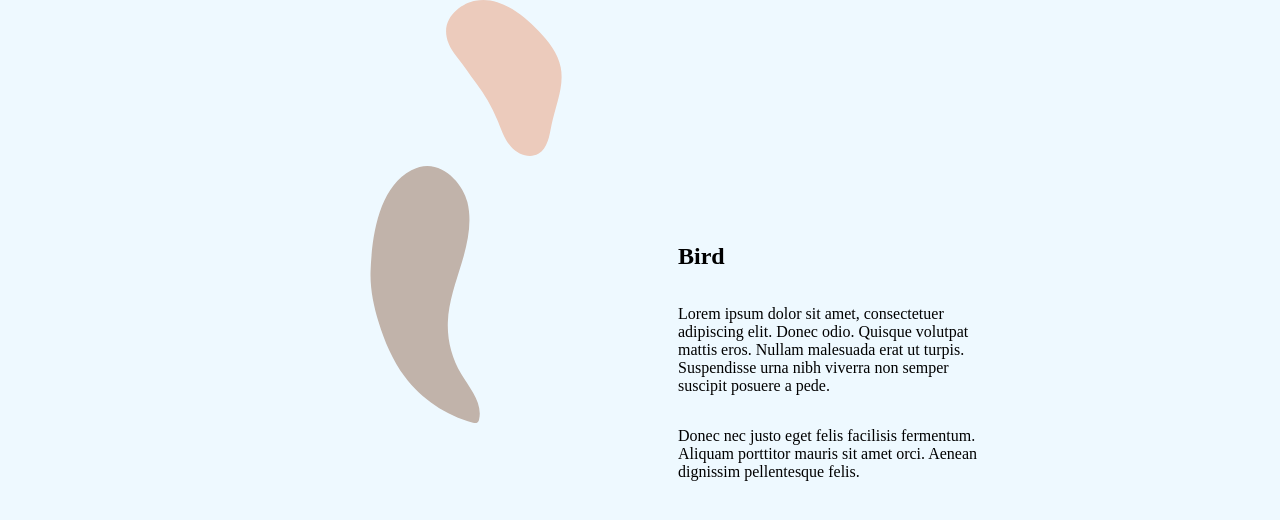
Repository: sebastiann88/svg-animals
Page: index.html
The author's editor kept a copy of each file at every save. The page is drawn from the files as they stood at one save, then again after the next save.
The browser window is 1280 px wide. The pictures show the window.
A layer covers the whole window, so only the first screen is drawn.

Above is the page before, as saved 2024-09-05 04:07:51.

After the next save:
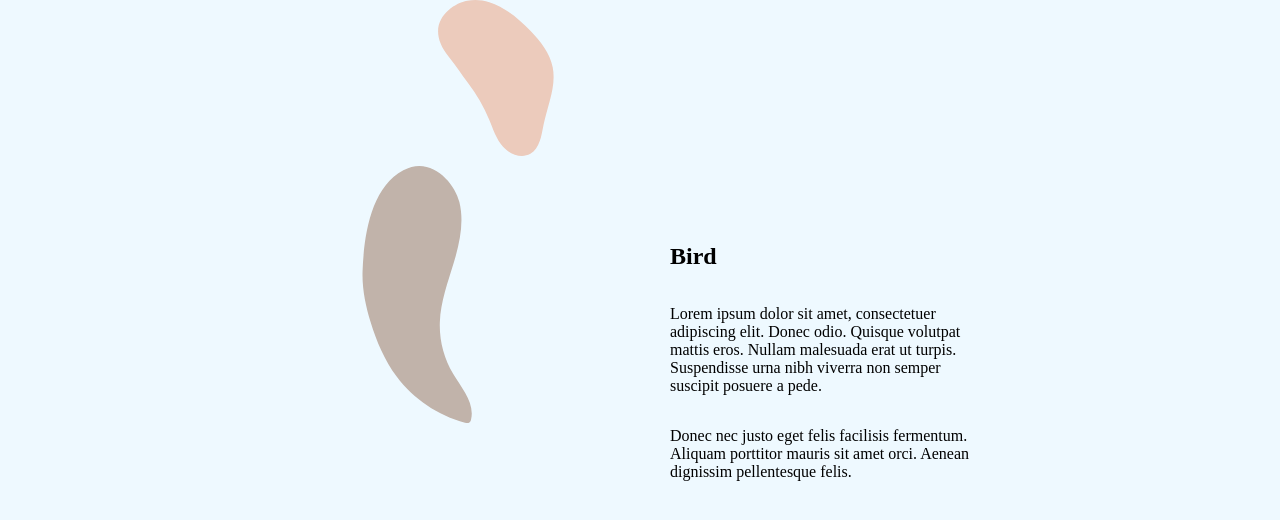
Saved 8 s later.
--- a/css/style.css
+++ b/css/style.css
@@ -5,7 +5,7 @@ body {
 }
 
 main {
-	transform: translateX(38px);
+	transform: translateX(30px);
 }
 
 .line-container {
